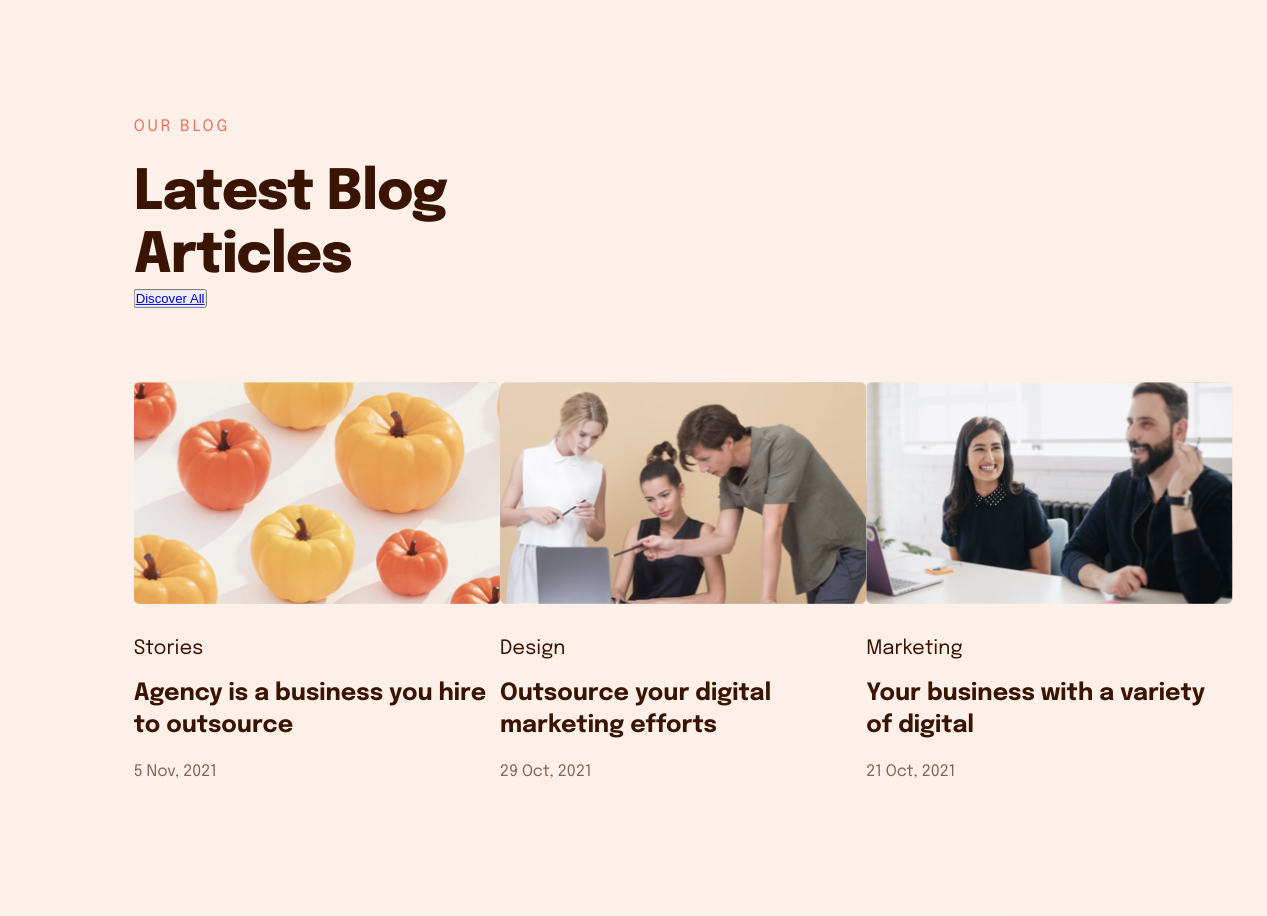
Repository: qafqazly123/websayt-1
Page: blogPage/index.html
An editor plug-in stored every save of this project. The page is shown before and after the next save, followed by the edit.
The browser window is 1280 px wide. The pictures show the whole page, at 99% of full size.

Above is the page before, as saved 2023-12-19 15:18:57.

After the next save:
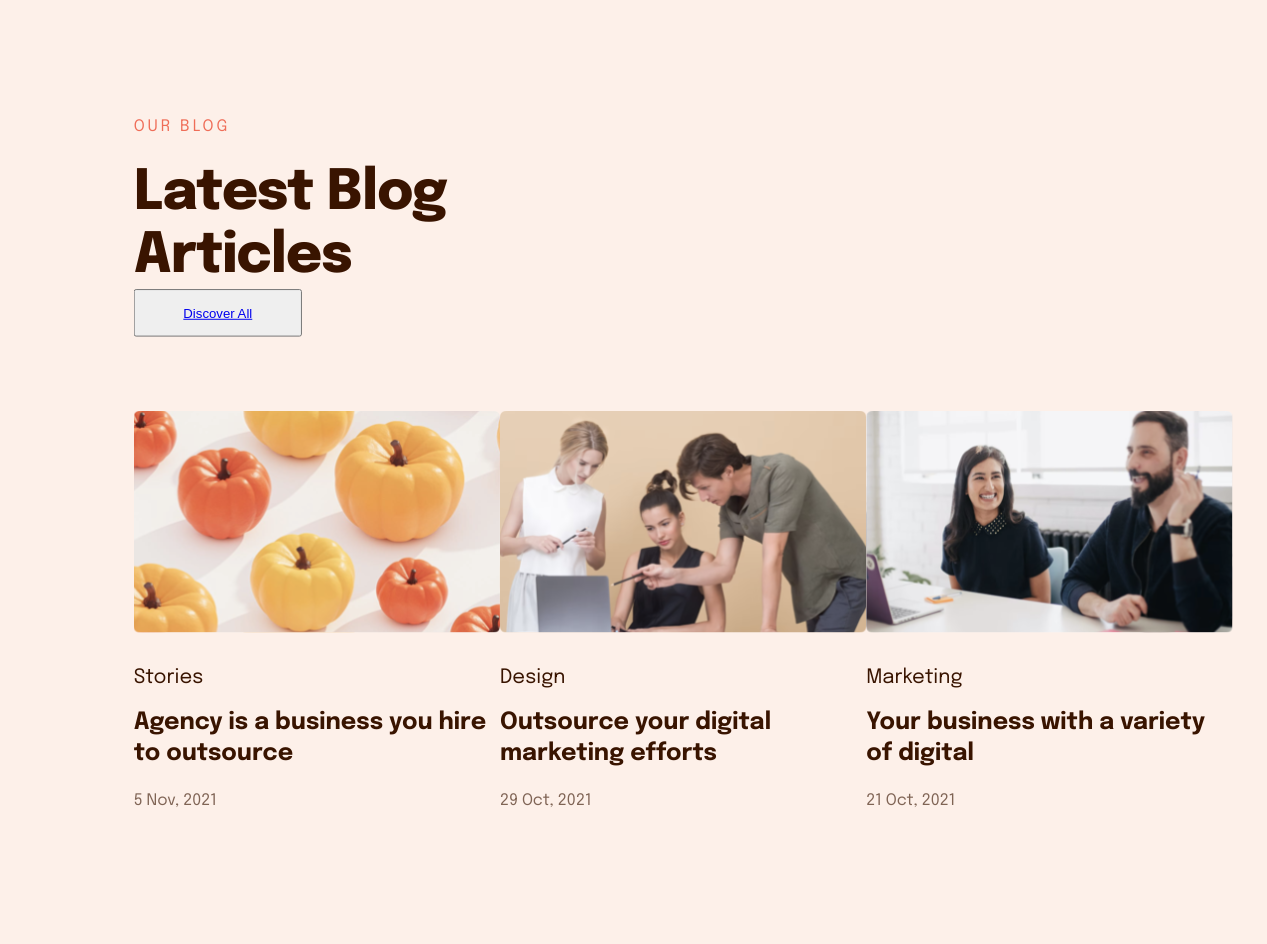
Saved 13 s later.
--- a/blogPage/index.css
+++ b/blogPage/index.css
@@ -82,3 +82,8 @@
 font-weight: 400;
 line-height: 32px; /* 200% */
 }
+button{
+    width: 170px;
+height: 48px;
+
+}
